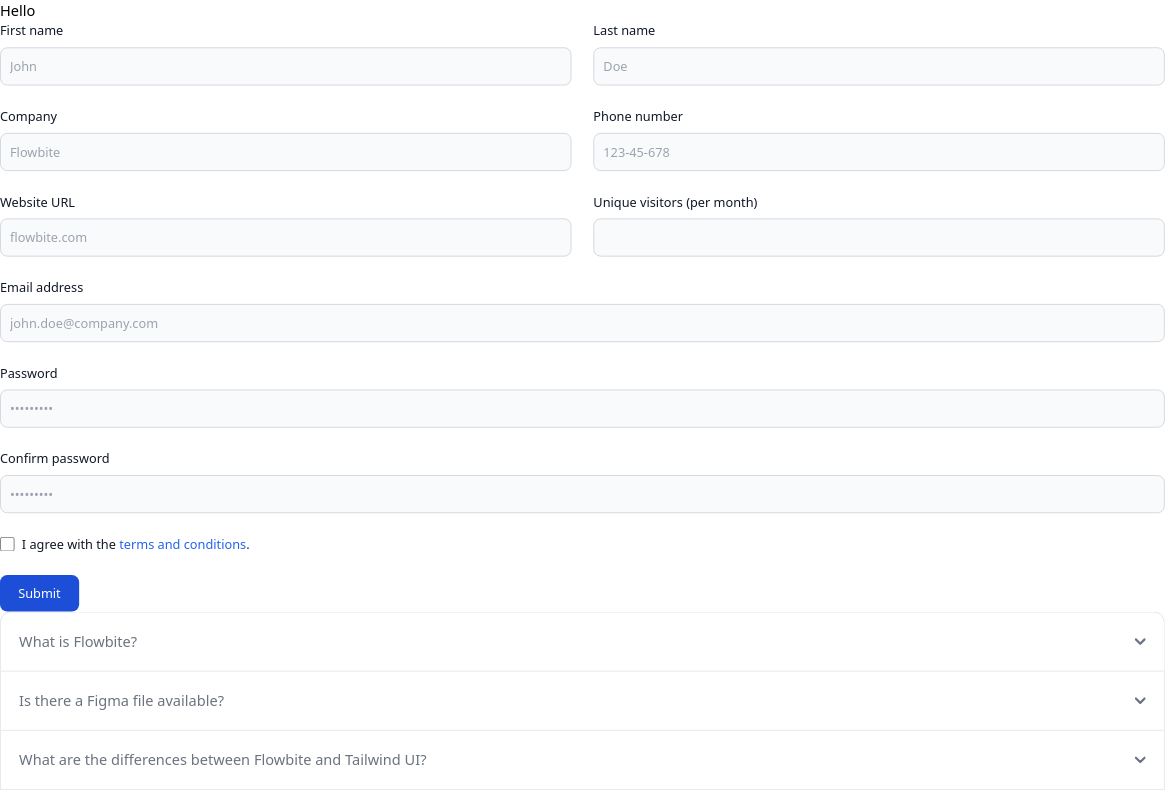
Repository: Braintheme/maker-it
Page: /
These files come from the project's save history. The page is drawn as it stood at one moment and after the next save; the edit follows.
The browser window is 1280 px wide. The pictures show the whole page, at 91% of full size.
The project was rebuilt for these pictures with package versions that can differ from the ones it lists, and the page was loaded fresh each time. Also part of the build but not shown: vite.config.js.

Above is the page before, as saved 2023-12-24 20:03:15.

After the next save:
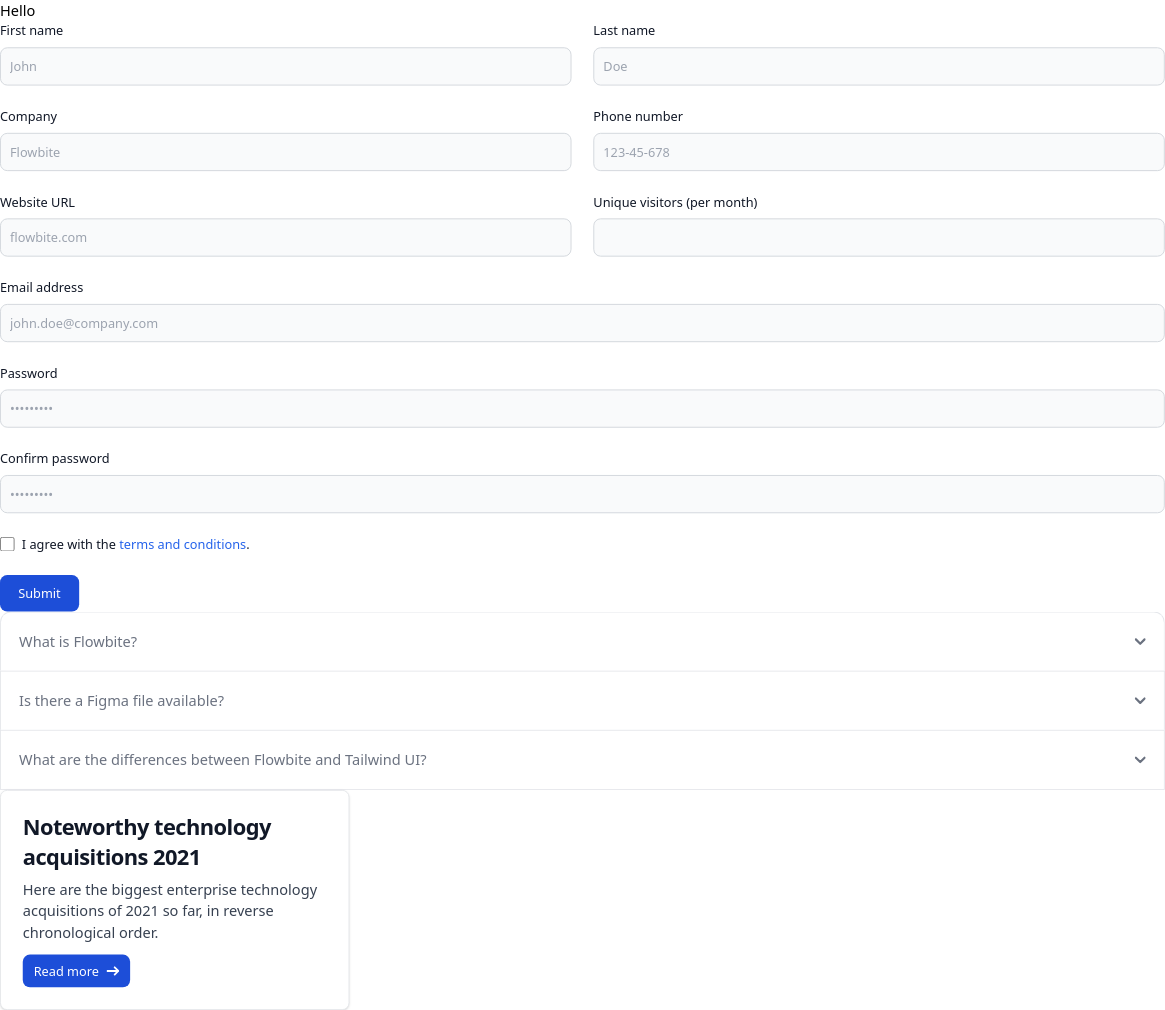
Saved 39 s later.
--- a/src/views/HomeView.vue
+++ b/src/views/HomeView.vue
@@ -153,6 +153,21 @@
         </div>
       </div>
     </div>
+
+
+<div class="max-w-sm p-6 bg-white border border-gray-200 rounded-lg shadow dark:bg-gray-800 dark:border-gray-700">
+    <a href="#">
+        <h5 class="mb-2 text-2xl font-bold tracking-tight text-gray-900 dark:text-white">Noteworthy technology acquisitions 2021</h5>
+    </a>
+    <p class="mb-3 font-normal text-gray-700 dark:text-gray-400">Here are the biggest enterprise technology acquisitions of 2021 so far, in reverse chronological order.</p>
+    <a href="#" class="inline-flex items-center px-3 py-2 text-sm font-medium text-center text-white bg-blue-700 rounded-lg hover:bg-blue-800 focus:ring-4 focus:outline-none focus:ring-blue-300 dark:bg-blue-600 dark:hover:bg-blue-700 dark:focus:ring-blue-800">
+        Read more
+        <svg class="rtl:rotate-180 w-3.5 h-3.5 ms-2" aria-hidden="true" xmlns="http://www.w3.org/2000/svg" fill="none" viewBox="0 0 14 10">
+            <path stroke="currentColor" stroke-linecap="round" stroke-linejoin="round" stroke-width="2" d="M1 5h12m0 0L9 1m4 4L9 9"/>
+        </svg>
+    </a>
+</div>
+
   </div>
 
 
